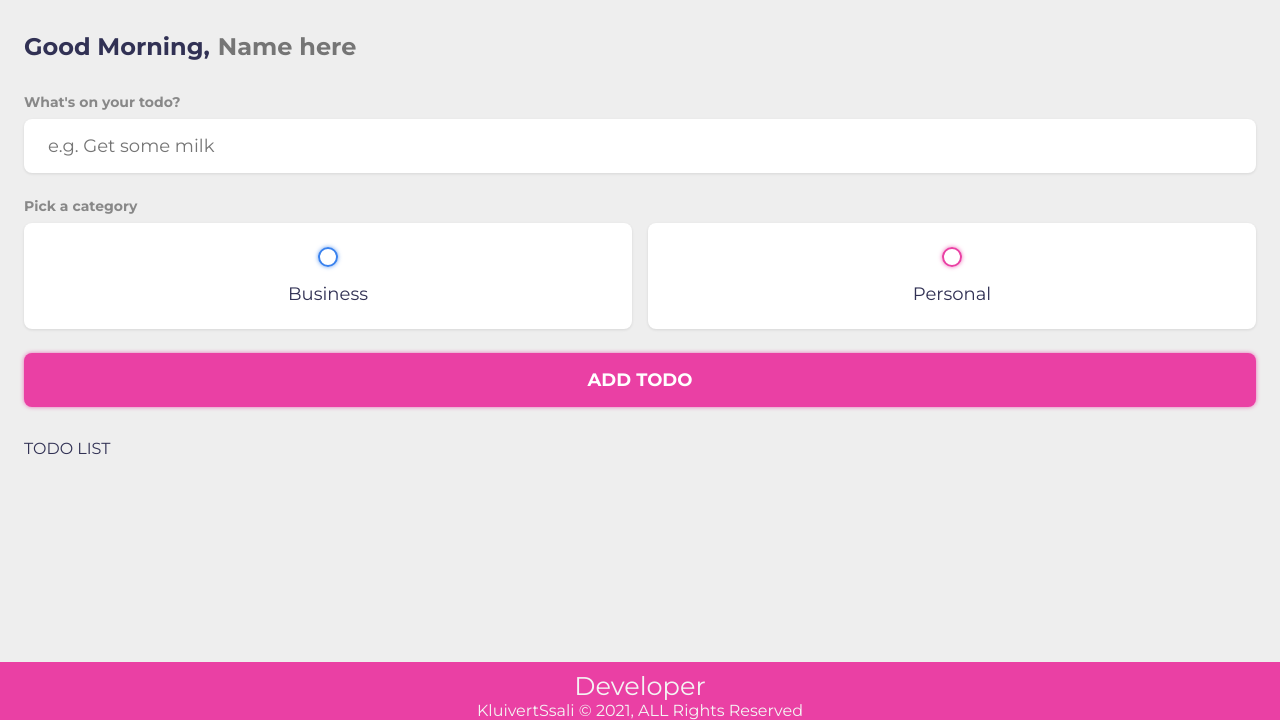
Repository: kluivert-ssali/kaDo_final
Page: index.html
These files come from the project's save history. The page is drawn as it stood at one moment and after the next save; the edit follows.
The browser window is 1280 px wide. The pictures show the whole page.
Some web libraries are served in a nearby version.

Above is the page before, as saved 2023-06-11 21:22:24.

After the next save:
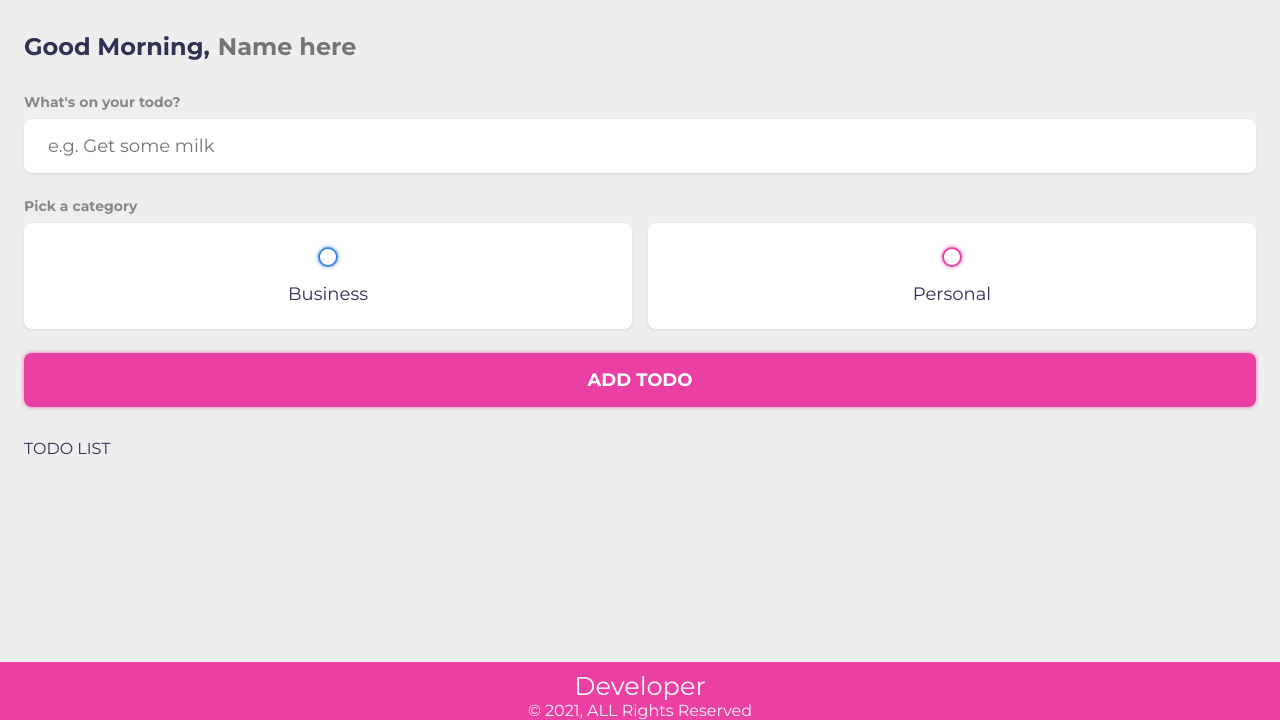
Saved 26 s later.
--- a/index.html
+++ b/index.html
@@ -87,7 +87,7 @@
     <script src="main.js"></script>
     <!-- End of JS Import -->
     <footer class="footer">
-      <p class="company-name">Developer</p><span>KluivertSsali</span> &copy; 2021, ALL Rights Reserved</p>
+      <p class="company-name">Developer</p><span> &copy; 2021, ALL Rights Reserved</p>
     </footer>
   </body>
 </html>
